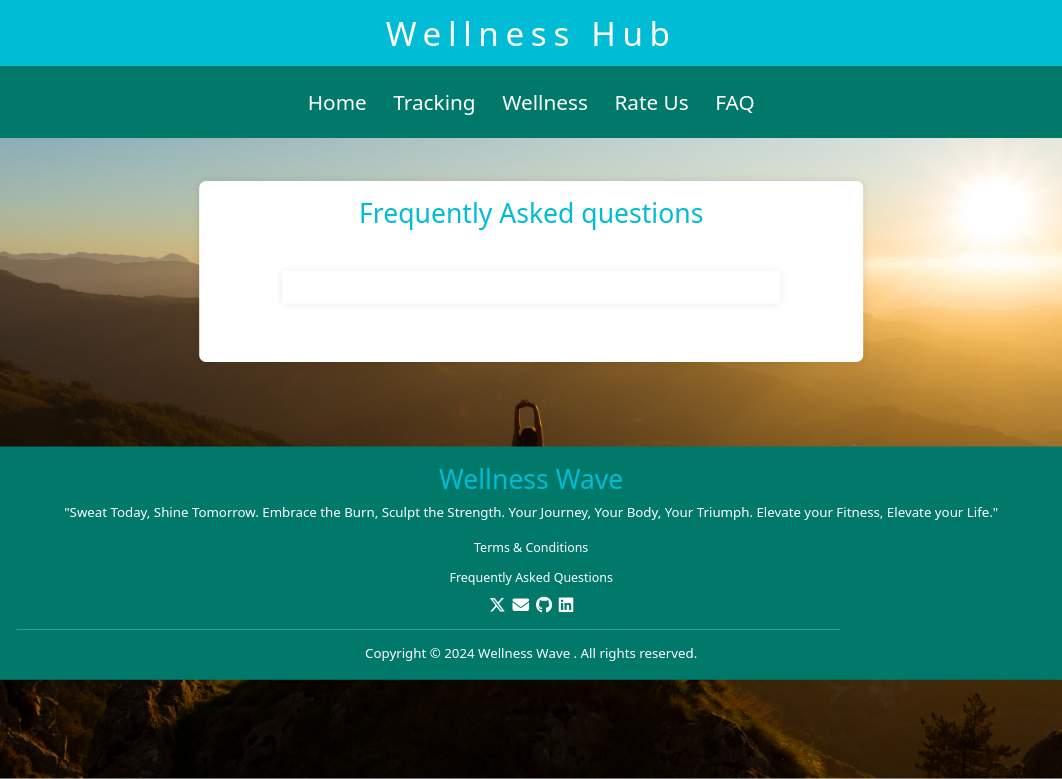
Repository: ritika728/Wellness_Wave
Page: html_files/faq.html
An editor plug-in stored every save of this project. The page is shown before and after the next save, followed by the edit.
The browser window is 1280 px wide. The pictures show the whole page, at 83% of full size.
Some web libraries are served in a nearby version.

Above is the page before, as saved 2024-01-23 03:13:07.
Console error: SyntaxError: Unexpected token '<<'

After the next save:
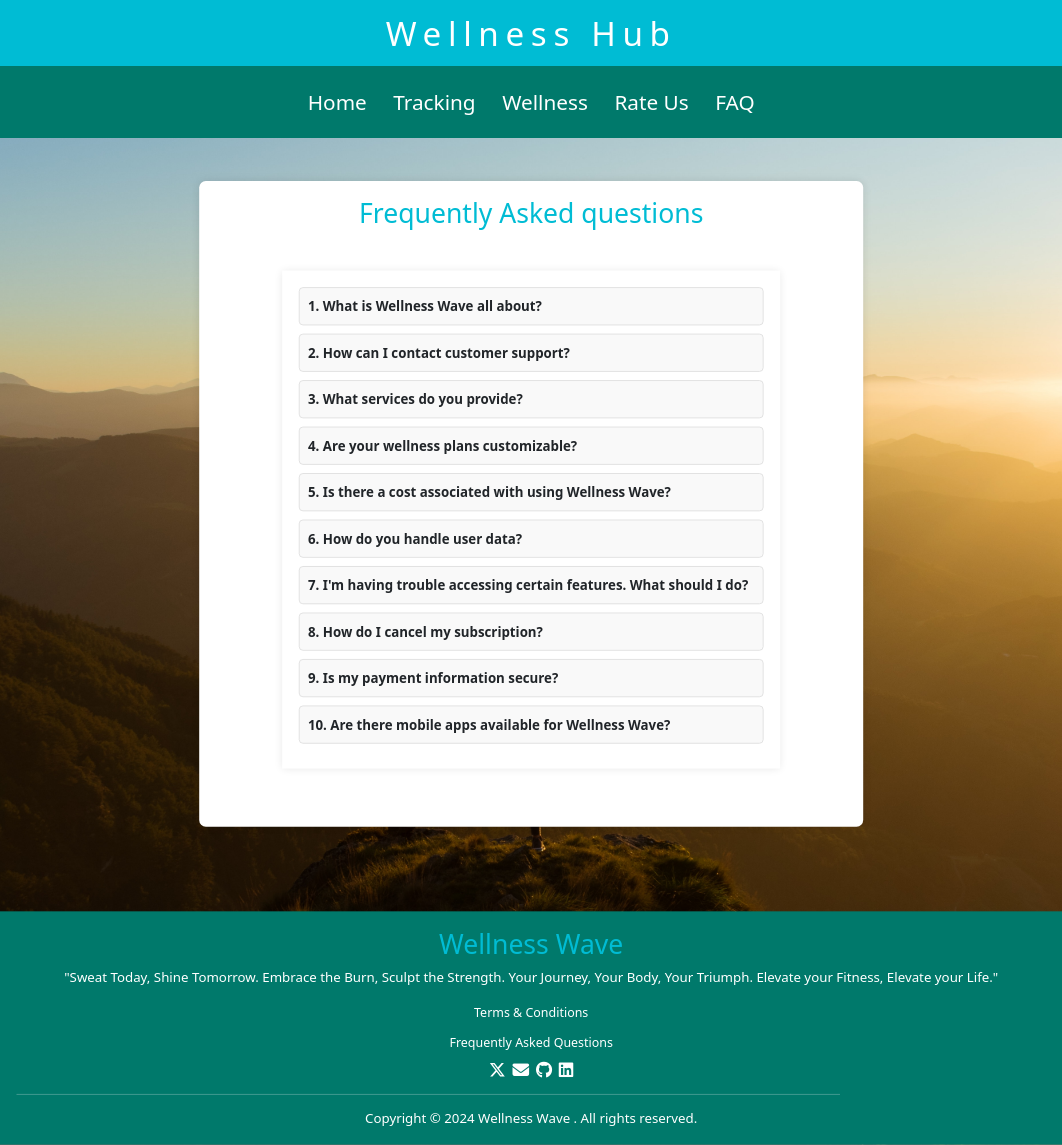
The error is gone.
Saved 87 s later.
--- a/javascript/faq.js
+++ b/javascript/faq.js
@@ -39,11 +39,6 @@
   });
 });
 
-
-<<<<<<<<< Temporary merge branch 1
-=========
-
->>>>>>>>> Temporary merge branch 2
 document.addEventListener("DOMContentLoaded", function () {
     var scrollToTopBtn = document.getElementById("scrollToTopBtn");
 
@@ -60,8 +55,3 @@
       document.documentElement.scrollTop = 0;
     });
   });
-<<<<<<<<< Temporary merge branch 1
-
-=========
-
->>>>>>>>> Temporary merge branch 2
